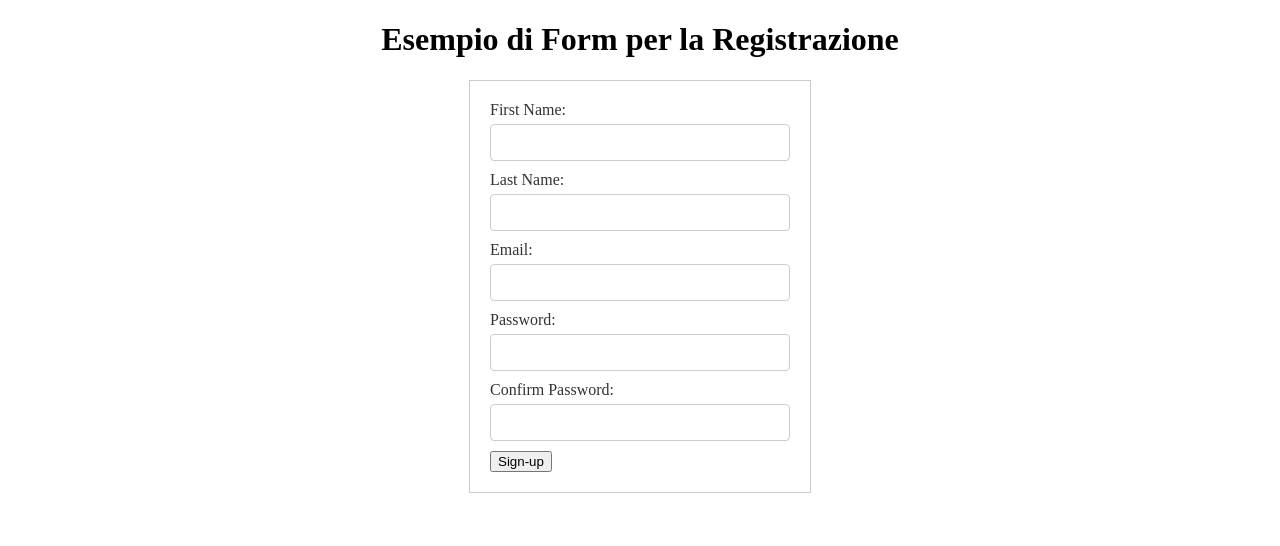
Repository: GiuuGpEEp/TerzoAnnoUni
Page: SAW/Esercizi/Form/Form.html
These files come from the project's save history. The page is drawn as it stood at one moment and after the next save; the edit follows.
The browser window is 1280 px wide. The pictures show the whole page.

Above is the page before, as saved 2024-11-18 22:44:12.

### SAW/Esercizi/Form/Form.html
<!DOCTYPE html>
<html lang="en">
    <head>
        <title>Form</title>
        <style>
            h1{
                text-align: center;
            }
            form{
                width: 300px; /* Larghezza del form */
                margin: 0 auto; /* Centra il form nella pagina */
                border: 1px solid #ccc; /* Bordino sottile */
                padding: 20px;
            }
            label {
                display: block;
                margin-bottom: 5px;
                color: #333; /* Blu scuro */
            }

            input[type="text"], input[type="password"], input[type="email"] {
              width: 100%;
              padding: 10px;
              border: 1px solid #ccc;
              border-radius: 4px;
              box-sizing: border-box;
             /* Include padding e border nella larghezza */
              margin-bottom: 10px;
            }

            button[type="submit"] {
              background-color: #4CAF50; /* Verde */
              color: white;
              padding: 10px 20px;
              border: none;
              border-radius: 4px;
              cursor: pointer;
              width: 40%;
            }

        </style>
    </head>
    <body>
        <h1>Esempio di Form per la Registrazione</h1>
        <form action="registration.php" method="post">
            <div><label for="firstname">First Name:</label>
            <input type="text" name="firstname" id="firstname"></div>
            <div><label for="lastname">Last Name:</label>
            <input type="text" name="lastname" id="lastname"></div>
            <div><label for="email">Email:</label>
            <input type="email" name="email" id="email"></div>
            <div><label for="pass">Password:</label>
            <input type="password" name="pass" id="pass"></div>
            <div><label for="confirm">Confirm Password:</label>
            <input type="password" name="confirm" id="confirm"></div>
            <input type="submit" name="submit" value="Sign-up">
          </form>
    </body>

</html>

After the next save:
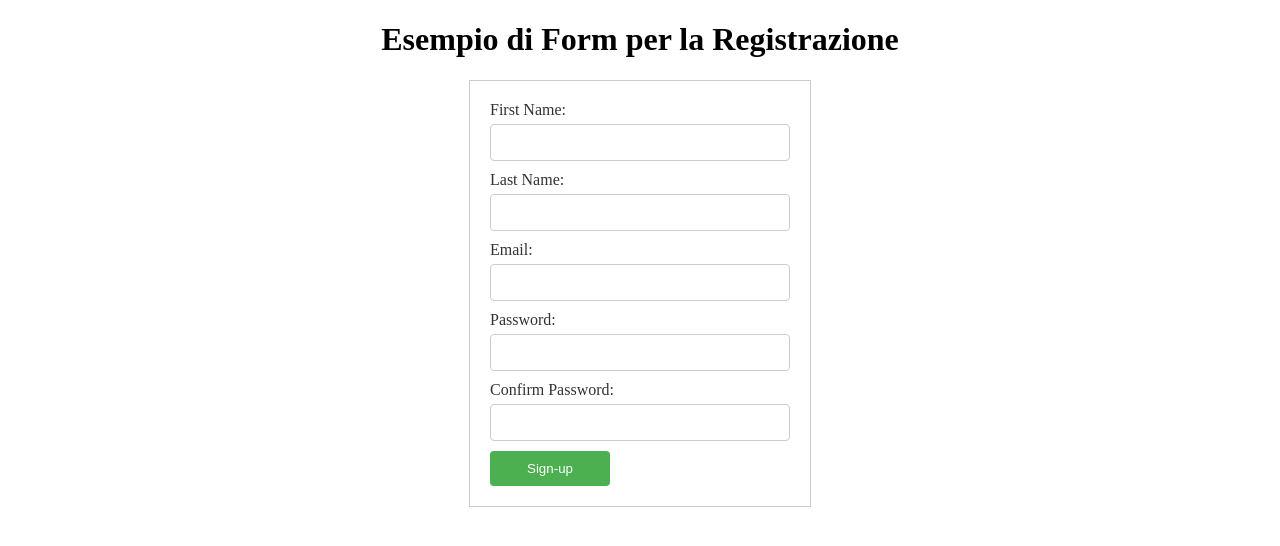
Saved 12 s later.
--- a/SAW/Esercizi/Form/Form.html
+++ b/SAW/Esercizi/Form/Form.html
@@ -28,7 +28,7 @@
               margin-bottom: 10px;
             }
 
-            button[type="submit"] {
+            input[type="submit"] {
               background-color: #4CAF50; /* Verde */
               color: white;
               padding: 10px 20px;
